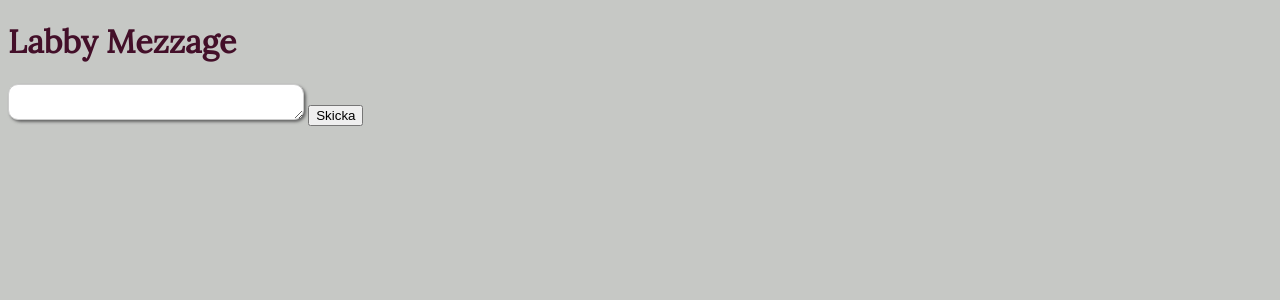
Repository: Angamanga/1dv403-laborationer
Page: 2-labbymezzage/index.html
The author's editor kept a record of every edit. The page is drawn from the files as they stood at one moment, then again after the next edit.
The browser window is 1280 px wide. The pictures show the whole page.

Above is the page before.

### 2-labbymezzage/index.html
<!doctype html>
<html lang="sv">

<head>
    <meta charset="utf-8" />
    <title>Anna I:s sajt</title>
    <link href='//fonts.googleapis.com/css?family=Lora|Open+Sans+Condensed:300|Amatic+SC' rel='stylesheet' type='text/css'>
    <link rel="stylesheet" media="screen and (min-width:501px)" href="css/style.css">
    <link rel="stylesheet" media="screen and (max-width:500px)" href="css/mobile.css">
    <meta name="viewport" content="width=device-width, minimum-scale=1">

   <script src="js/message.js"></script>
    <script src="js/script.js"></script>
    <title>Webbteknik 1, Laboration 2</title>
</head>

<body>



        <main>


            <div class="container">
                <header>
            <h1>Labby Mezzage</h1>
                </header>
             <div class="messContIns"><p class="counter"> </p></div>
           <textarea class="messageInput"></textarea>
           <input type ="submit" class="submitMessage" value="Skicka"/>
            </div>

        </main>

        <footer>
        </footer>
    </div>
</body>

</html>

### 2-labbymezzage/css/style.css
/*@media screen and (min-width: 501px)*/
header,
main
 {
    display: block;
}

body {
    background: #C6C8C5;
    color: #430F29;
    font-family: Lora, 'Palatino Linotype', Palatino, serif;
}

.board {
    Width: 300px;
    margin: 0 auto;
    text-align: justify;
    line-height: 1.8em;
    margin: 0 auto;
    background: #787878;
    border: 1px solid #ccc;
    -moz-border-radius: 10px;
    -webkit-border-radius: 10px;
    border-radius: 10px;
    padding: 4px 7px;
    outline: 0;
    -webkit-appearance: none;
}
.messageInput {
    width:290px;
    border: 1px solid #ccc;
    -moz-border-radius: 10px;
    -webkit-border-radius: 10px;
    border-radius: 10px;
    -moz-box-shadow: 2px 2px 3px #666;
    -webkit-box-shadow: 2px 2px 3px #666;
    box-shadow: 2px 2px 3px #666;


    outline: 0;
    -webkit-appearance: none;
}
.messageInput:focus {
    border-color: #339933;
}
.messages{
    width:290px;
     border: 1px #C6C8C5;
     background:white;
    -moz-border-radius: 10px;
    -webkit-border-radius: 10px;
    border-radius: 10px;
    -moz-box-shadow: 2px 2px 3px #666;
    -webkit-box-shadow: 2px 2px 3px #666;
     margin:3px;
    outline: 0;
    -webkit-appearance: none;
    font-size:0.6em;
       }
 div.messages img{
   margin-left:260px;
}


.counter{
    font-size:0.7em;
    padding:0;
    margin:0 0 0 185px;

}

### 2-labbymezzage/js/message.js
"use strict";

function Message(message, date){

	this.getText = function(){
		return message;
	}
	this.setText = function(_text){
		message = _text;
	}

	this.getDate = function(){
		return date;
	}
	this.setDate = function(_date){
		date = _date
	}
}

Message.prototype.toString = function() {
	return this.getText() + " (" + this.getDate() + " )";
};

Message.prototype.getHTMLtext = function(first_argument) {
			//  Las pa!!
	// return  						<div class ="messages">
	// getText();
	//               <img src="pics/14.png" alt="tid" class="showDate"></img>
 //               <img src="pics/12.png" alt="radera meddelande" class="delete"></img>
 //       		  </div>
};

### 2-labbymezzage/js/script.js
"use strict";

window.onload = function() {
  var MessageBoard = {
        messages: [],
        init: function() {
            var message = new Message();
            },
        removeMessage: function(i){
                    MessageBoard.messages.splice(i,1)
            },
        alertDate: function(i){
            var p =
            alert(p);
        },
        renderMessage: function(messageID){
            var container = document.querySelector(".container");
            var messContainer = document.createElement("div");
            messContainer.className = "messages";
            container.insertBefore(messContainer);
            var textP = document.createElement("p");
            textP.setAttribute("class","text");
            var timeP = document.createElement("p");
            timeP.setAttribute("class","time");
            var text = document.createTextNode(MessageBoard.messages[messageID].getText());
            var time = document.createTextNode(MessageBoard.messages[messageID].getDate().getHours() +":"+ MessageBoard.messages[messageID].getDate().getMinutes() + ":"+MessageBoard.messages[messageID].getDate().getSeconds());
            var linkDelete=document.createElement("a");
            linkDelete.setAttribute("src", "#");
            var img2 = document.createElement("img");
            img2.setAttribute("class","submitDelete");
            img2.setAttribute("src","pics/12.png");
            img2.setAttribute("alt","radera meddelande");
            linkDelete.appendChild(img2);
             messContainer.appendChild(linkDelete);
            img2.onclick = function(messageID){
                console.log(MessageBoard.messages.length);
                MessageBoard.removeMessage(messageID);
                MessageBoard.renderMessages();
                console.log(MessageBoard.messages.length);
                p.innerHTML = "Antal meddelanden: " + MessageBoard.messages.length;
            }
            messContainer.appendChild(img2);
            messContainer.appendChild(textP);
            textP.appendChild(text);
            messContainer.appendChild(timeP);
            timeP.appendChild(time);

             var img1 = document.createElement("img");
            img1.setAttribute("class","showDate");
            img1.setAttribute("src","pics/14.png");
            img1.setAttribute("alt","visa tid");
            messContainer.appendChild(img1);
            var alertbox=MessageBoard.messages[messageID].getDate();
            img1.onclick = function(messageID){
            alert("Inlagget skapades den: " + alertbox);
        }}
            ,
            renderMessages: function(){
            document.querySelector(".container").innerHTML="";
            for(var i=0;i<MessageBoard.messages.length;++i){
                MessageBoard.renderMessage(i);
            }
  }};

  MessageBoard.init();


var messageInput = document.querySelector(".messageInput");
var submitMessage = document.querySelector(".submitMessage");
var messages = document.querySelector(".messages");
var p = document.querySelector(".counter");

function submit(){
        var txt = messageInput.value;
        var dte = new Date();
        var msg = new Message(txt, dte);
        MessageBoard.messages.push(msg);
        p.innerHTML = "Antal meddelanden: " + MessageBoard.messages.length;
        MessageBoard.renderMessages();
        console.log(MessageBoard.messages);}

 submitMessage.addEventListener("click", function(e) {
       submit();
});

 messageInput.onkeypress = function(e){

       if(e.keyCode === 13){
           submit();

       }
       else if(e.keyCode==13&&e.shiftKey){
           console.log("japp");
       }
}
};

### 2-labbymezzage/css/mobile.css
/*@media screen and (max-width: 500px)*/

header,
main
 {
    display: block;
}

body {
    background: #C6C8C5;
    color: #430F29;
    font-family: Lora, 'Palatino Linotype', Palatino, serif;
}

.container {
    Width: 300px;
    margin: 0 auto;
    text-align: justify;
    line-height: 1.8em;
    margin: 0 auto;
    background: #787878;
    border: 1px solid #ccc;
    -moz-border-radius: 10px;
    -webkit-border-radius: 10px;
    border-radius: 10px;
    padding: 4px 7px;
    outline: 0;
    -webkit-appearance: none;
}
.messageInput {
    width:290px;
    border: 1px solid #ccc;
    -moz-border-radius: 10px;
    -webkit-border-radius: 10px;
    border-radius: 10px;
    -moz-box-shadow: 2px 2px 3px #666;
    -webkit-box-shadow: 2px 2px 3px #666;
    box-shadow: 2px 2px 3px #666;


    outline: 0;
    -webkit-appearance: none;
}
.messageInput:focus {
    border-color: #339933;
}
.messages{
    width:290px;
     border: 1px #C6C8C5;
     background:white;
    -moz-border-radius: 10px;
    -webkit-border-radius: 10px;
    border-radius: 10px;
    -moz-box-shadow: 2px 2px 3px #666;
    -webkit-box-shadow: 2px 2px 3px #666;
     margin:3px;
    outline: 0;
    -webkit-appearance: none;
    }
 div.messages img{
   margin-left:260px;
}


.counter{
    font-size:0.7em;
    padding:0;
    margin:0 0 0 185px;

}

After the next edit:
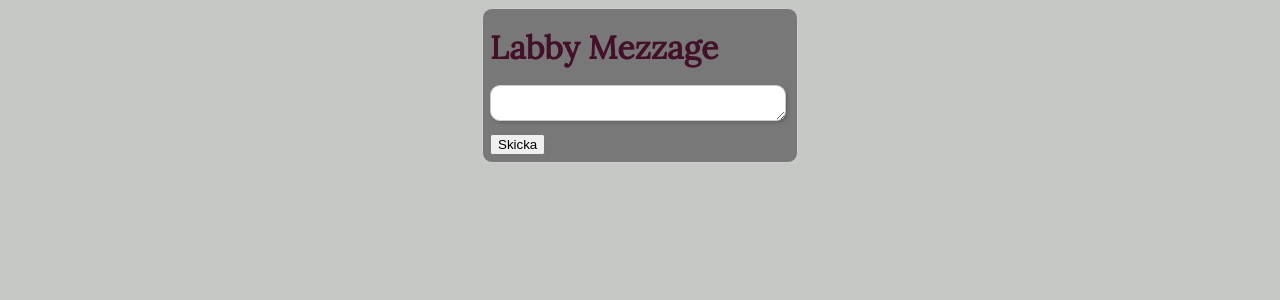
The edit:
--- a/2-labbymezzage/index.html
+++ b/2-labbymezzage/index.html
@@ -21,7 +21,7 @@
         <main>
 
 
-            <div class="container">
+            <div class="board">
                 <header>
             <h1>Labby Mezzage</h1>
                 </header>
